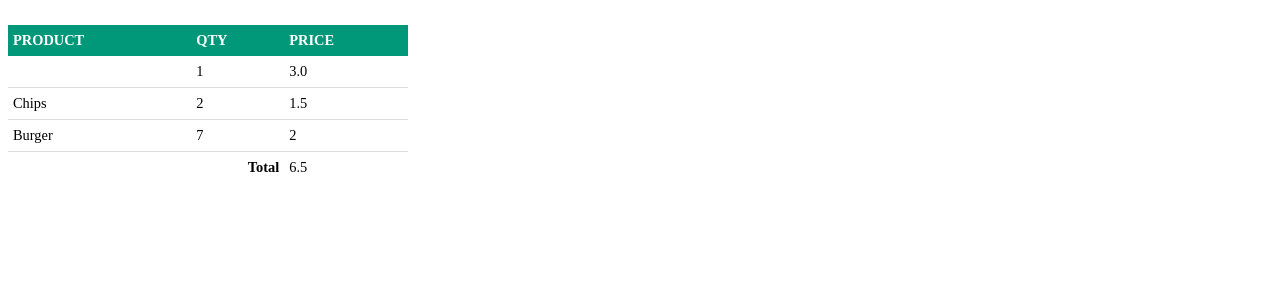
Repository: linas-dev/HTML-CSS-Projects
Page: Basic_HTML_and_CSS/HTML_Table.html
These files come from the project's save history. The page is drawn as it stood at one moment and after the next save; the edit follows.
The browser window is 1280 px wide. The pictures show the whole page.
The pointer rests on the first visible `.hoveref`.

Above is the page before, as saved 2021-05-30 10:22:40.

### Basic_HTML_and_CSS/HTML_Table.html
<!DOCTYPE html>
<html lang="en">
<head>
    <meta charset="UTF-8">
    <meta http-equiv="X-UA-Compatible" content="IE=edge">
    <meta name="viewport" content="width=device-width, initial-scale=1.0">
    <link rel="stylesheet" href="Basic_CSS_2.css">
    <title>Document</title>
</head>
<body>
    <table class="table">
        <thead>
            <tr>
                <td><b>PRODUCT</b></td>
                <td><b>QTY</b></td>
                <td><b>PRICE</b></td>
            </tr>
        </thead>
        <tbody>
            <tr>
                <td class="hoveref">Drink</td>
                <td class="hoveref">1</td>
                <td class="hoveref">3.0</td>
            </tr>
            <tr>
                <td class="hoveref">Chips</td>
                <td class="hoveref">2</td>
                <td class="hoveref">1.5</td>
            </tr>
            <tr>
                <td class="hoveref">Burger</td>
                <td class="hoveref">7</td>
                <td class="hoveref">2</td>
            </tr>
        </tbody>
        <tfoot>
            <tr>
                <td class="hoveref" colspan="2" align="right"><b>Total</b></td>
                <td class="hoveref">6.5</td>
            </tr>
        </tfoot>
</body>
</html>

### Basic_HTML_and_CSS/Basic_CSS_2.css
p {
    color: #2E5757;
    background: #F0DFEE;
    font-weight: bolder;
    text-align: right;
}

.table {
    border-collapse: collapse;
    margin: 25px 0;
    font-size: 0.9em;
    min-width: 400px;
}

.table thead tr {
    background-color: #009879;
    color: #fff;
    text-align: left;
    font-weight: bold;
}

.table th, .table td {
    padding: 7px 5px;
}

.table tbody tr {
    border-bottom: 1px solid #dddddd;
}

.hoveref:hover {
    background-color: 4F0444;
    color: white;
}

After the next save:
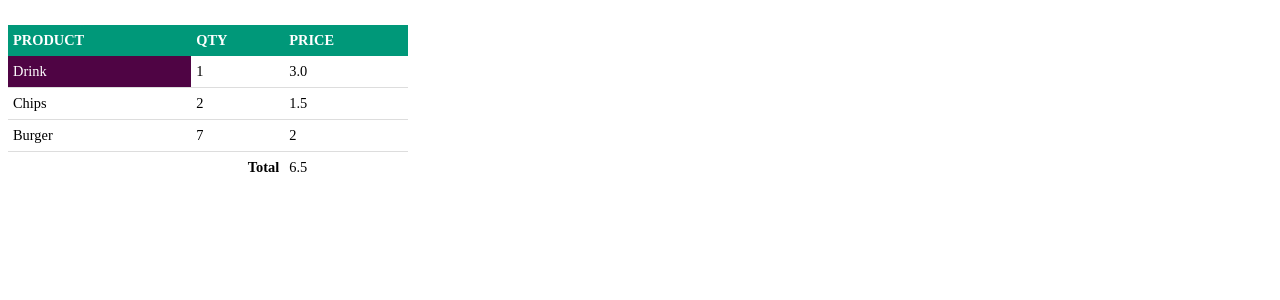
Saved 7 s later.
--- a/Basic_HTML_and_CSS/Basic_CSS_2.css
+++ b/Basic_HTML_and_CSS/Basic_CSS_2.css
@@ -28,6 +28,6 @@ p {
 }
 
 .hoveref:hover {
-    background-color: 4F0444;
+    background-color: #4F0444;
     color: white;
 }
